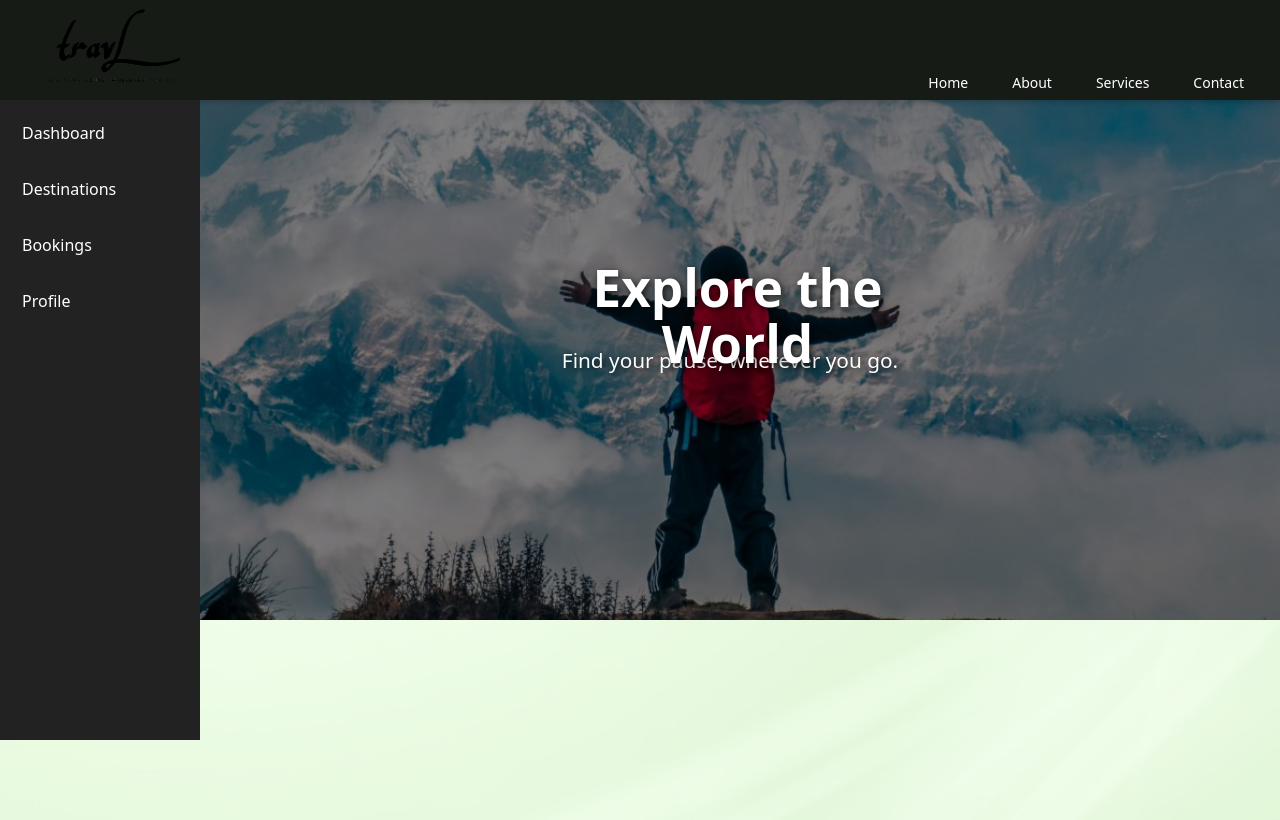
Repository: Nakib-Arman/Javafest25---travL
Page: / (app in Frontend/)
These files come from the project's save history. The page is drawn as it stood at one moment and after the next save; the edit follows.
The browser window is 1280 px wide. The pictures show the whole page.
Pictures or frames that could not be fetched are drawn as grey boxes. The project was rebuilt for these pictures with package versions that can differ from the ones it lists, and the page was loaded fresh each time. Also part of the build but not shown: Frontend/vite.config.js.

Above is the page before, as saved 2025-08-13 01:09:58.

### Frontend/src/App.jsx
import { useState } from 'react'

import Home from './Components/Home'

function App() {
  const [count, setCount] = useState(0)

  return (
    <div>
      <Home/>
    </div>
  )
}

export default App

### Frontend/src/Components/Home.jsx
import React, { useState, useEffect } from 'react';
import '../CSS/Home.css';
import Topbar from './Topbar';
import Sidebar from './Sidebar';

import img1 from '../assets/travel1.jpg';
import img2 from '../assets/travel2.jpg';
import img3 from '../assets/travel3.jpg';
import logo from '../assets/Logo1.png';  // adjust the path as needed


export default function Home() {
  const images = [img1, img2, img3];
  const [currentIndex, setCurrentIndex] = useState(0);

  useEffect(() => {
    const timer = setInterval(() => {
      setCurrentIndex((prev) => (prev + 1) % images.length);
    }, 8000);
    return () => clearInterval(timer);
  }, [images.length]);

  return (
    <div className="home-container">
      <Topbar />
      <Sidebar />

      <div className="slideshow-container">
        <div
          className="slide-track"
          style={{ transform: `translateX(-${currentIndex * 100}%)` }}
        >
          {images.map((src, idx) => (
            <img key={idx} src={src} alt={`Slide ${idx}`} className="slide-image" />
          ))}
        </div>

        <div className="overlay-text">
          <h1>Explore the World</h1>
          <p>Find your pause, wherever you go.</p>
        </div>
      </div>
    </div>
  );
}

### Frontend/src/CSS/Home.css
.home-container {
    margin: 0;
    padding: 0;

    height: 100vh;
    width: 100vw;

    background-image: url('../assets/background2.jpg');
    background-position: center;
    background-repeat: no-repeat;
    background-size: cover;

    position: relative;
    color: black;
}


.home-container::before {
    content: '';
    position: absolute;
    top: 0;
    left: 0;
    right: 0;
    bottom: 0;
    background: rgba(241, 255, 238, 0.9);
    z-index: 1;
    pointer-events: none;
  }



/* Slideshow adjusted to leave space for navbars */
.slideshow-container {
    position: relative;
    margin-top: 100px;
    /* space for topbar */
    margin-left: 180px;
    /* space for sidebar */
    width: calc(100% - 180px);
    height: calc(100% - 200px);
    /* 60% of viewport height */
    overflow: hidden;
    background-color: black;
    /* fallback */
    z-index: 2;
}

.slide-track {
    display: flex;
    transition: transform 0.8s ease-in-out;
    height: 100%;
}

.slide-image {
    min-width: 100%;
    height: 100%;
    object-fit: cover;
    opacity: 0.5;
}

/* Text overlay on slideshow */
.overlay-text {
    position: absolute;
    top: 50%;
    left: 50%;
    transform: translate(-50%, -50%);
    text-align: center;
    color: white;
    text-shadow: 2px 2px 6px rgba(0, 0, 0, 0.7);
    z-index: 2;
}

.overlay-text h1 {
    position: absolute;
    bottom: 15px;
    left: 15px;
    z-index: 3;
    pointer-events: none; /* so it doesn't block clicks */margin-bottom: 10px;
}

.overlay-text p {
    font-size: 1.3rem;
}


.logo-overlay {

  }

  .logo-overlay img {
    height: 300px; /* adjust size as needed */
    width: auto;
  }

### Frontend/src/Components/Topbar.jsx
// src/components/Topbar.js
import React from 'react';
import '../CSS/Topbar.css';

export default function Topbar() {
  return (
    <nav className="topbar">
      <a className="logo-link" href="/"></a>

      <div className="nav-buttons">
        <button>Home</button>
        <button>About</button>
        <button>Services</button>
        <button>Contact</button>
      </div>
    </nav>
  );
}

### Frontend/src/Components/Sidebar.jsx
// src/components/Sidebar.js
import React from 'react';
import '../CSS/Sidebar.css';

export default function Sidebar() {
  return (
    <div className="sidebar">
      <button>Dashboard</button>
      <button>Destinations</button>
      <button>Bookings</button>
      <button>Profile</button>
    </div>
  );
}

### Frontend/src/CSS/Topbar.css
.topbar {
    position: fixed;
    top: 0;
    left: 0;
    right: 0;
    height: 100px;
    background-color: #161b16;
    display: flex;
    justify-content: space-between;
    align-items: flex-end;
    padding: 0 20px;
    box-shadow: 0 2px 5px rgba(0,0,0,0.2);
    z-index: 1000;
  }

  /* Logo */
  .logo-link {
    display: inline-block;
    height: 100px;   /* make bigger if needed */
    width: 180px;
    background-image: url('../assets/Logo1.png');
    background-size: contain;
    background-repeat: no-repeat;
    background-position: center;
  }

  /* Navigation buttons container */
  .nav-buttons {
    display: flex;
    gap: 12px;
  }

  /* Button styling */
  .nav-buttons button {
    background-color: transparent;
    color: white;
    border: none;
    padding: 8px 16px;
    border-radius: 6px;
    font-size: 14px;
    font-weight: 500;
    cursor: pointer;
    transition: background-color 0.3s ease;
  }

  .nav-buttons button:hover {
    background-color: white;
    color: black;
  }

### Frontend/src/CSS/Sidebar.css
.sidebar {
    position: fixed;
    top: 100px; /* below topbar height */
    left: 0;
    width: 180px;
    height: calc(100vh - 100px);
    background-color: #222;
    display: flex;
    flex-direction: column;
    padding: 10px;
    gap: 10px;
    z-index: 1000;
  }

  .sidebar button {
    background-color: transparent;
    color: white;
    border: none;
    padding: 12px;
    text-align: left;
    border-radius: 4px;
    cursor: pointer;
    transition: background-color 0.3s ease;
  }

  .sidebar button:hover {
    background-color: #666;
  }

Loaded but not shown: Frontend/index.html (common file); Frontend/src/main.jsx (common file); Frontend/src/index.css (common file)

After the next save:
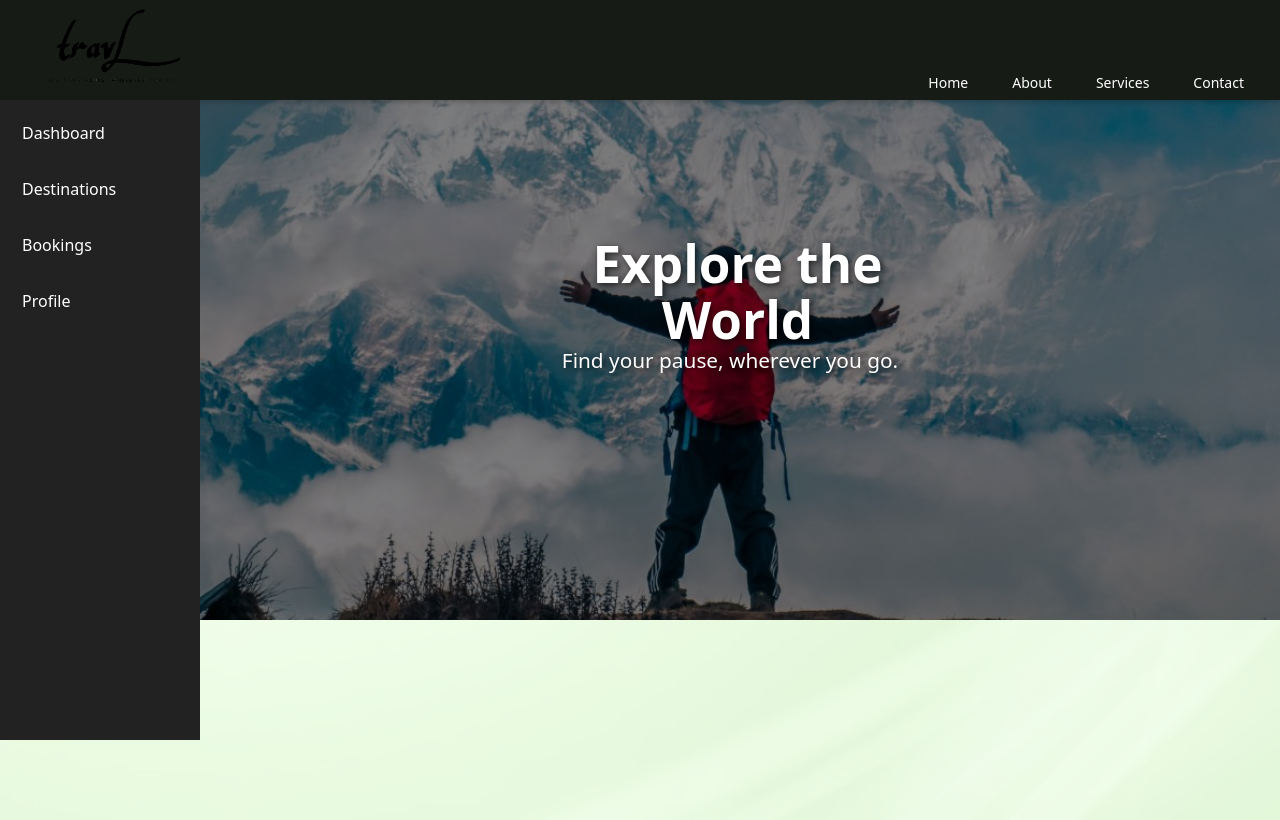
Saved 5 s later.
--- a/Frontend/src/CSS/Home.css
+++ b/Frontend/src/CSS/Home.css
@@ -75,7 +75,7 @@
     bottom: 15px;
     left: 15px;
     z-index: 3;
-    pointer-events: none; /* so it doesn't block clicks */margin-bottom: 10px;
+    pointer-events: none; /* so it doesn't block clicks */
 }
 
 .overlay-text p {
